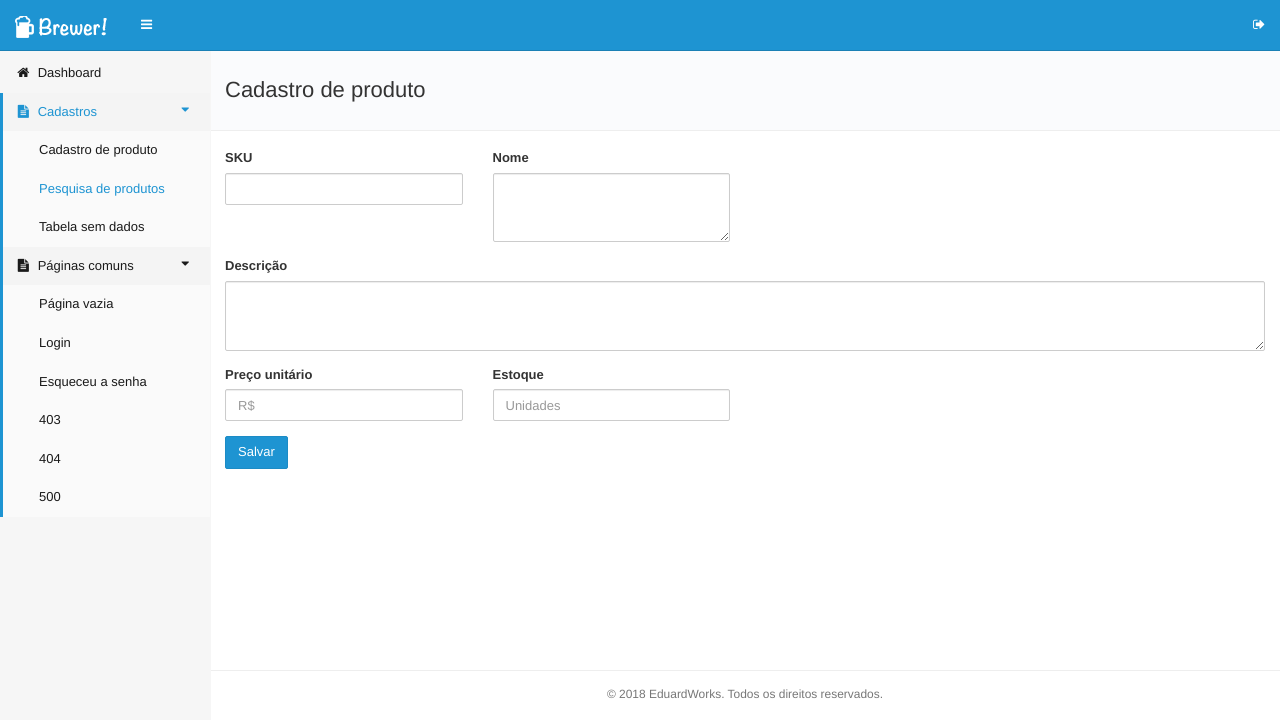
Repository: dumuller/spring-expert
Page: http://localhost/cerveja/CadastroCerveja
These files come from the project's save history. The page is drawn as it stood at one moment and after the next save; the edit follows.
The browser window is 1280 px wide. The pictures show the whole page.
The page is this project's Thymeleaf template; nobody is signed in. The template is opened directly, without the code that normally fills it, so the values that code supplies are empty.

Above is the page before, as saved 2018-12-10 16:24:36.

After the next save:
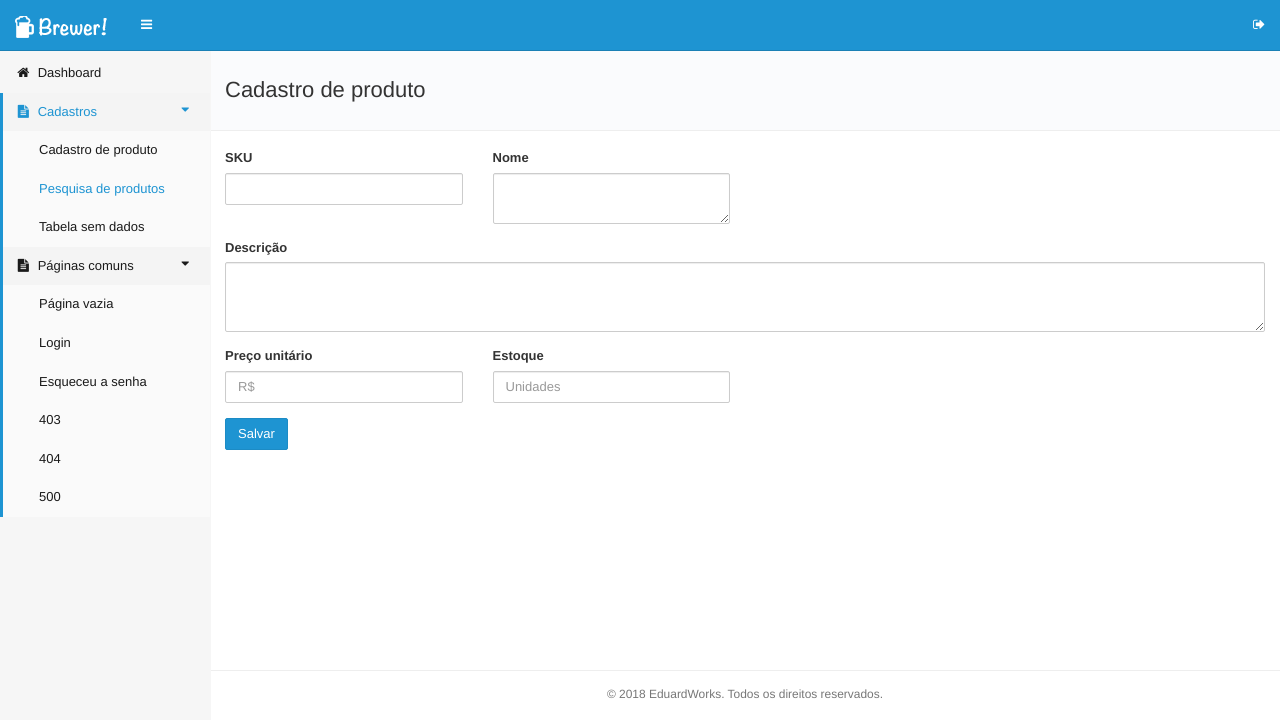
Saved 19 s later.
--- a/brewer/src/main/resources/templates/cerveja/CadastroCerveja.html
+++ b/brewer/src/main/resources/templates/cerveja/CadastroCerveja.html
@@ -124,7 +124,7 @@
 						<div class="col-sm-3">
 							<div class="form-group">
 								<label for="nome">Nome</label>
-								<textarea id="nome" rows="3" class="form-control"></textarea>
+								<textarea id="nome" type="text" class="form-control"></textarea>
 							</div>
 						</div>
 
